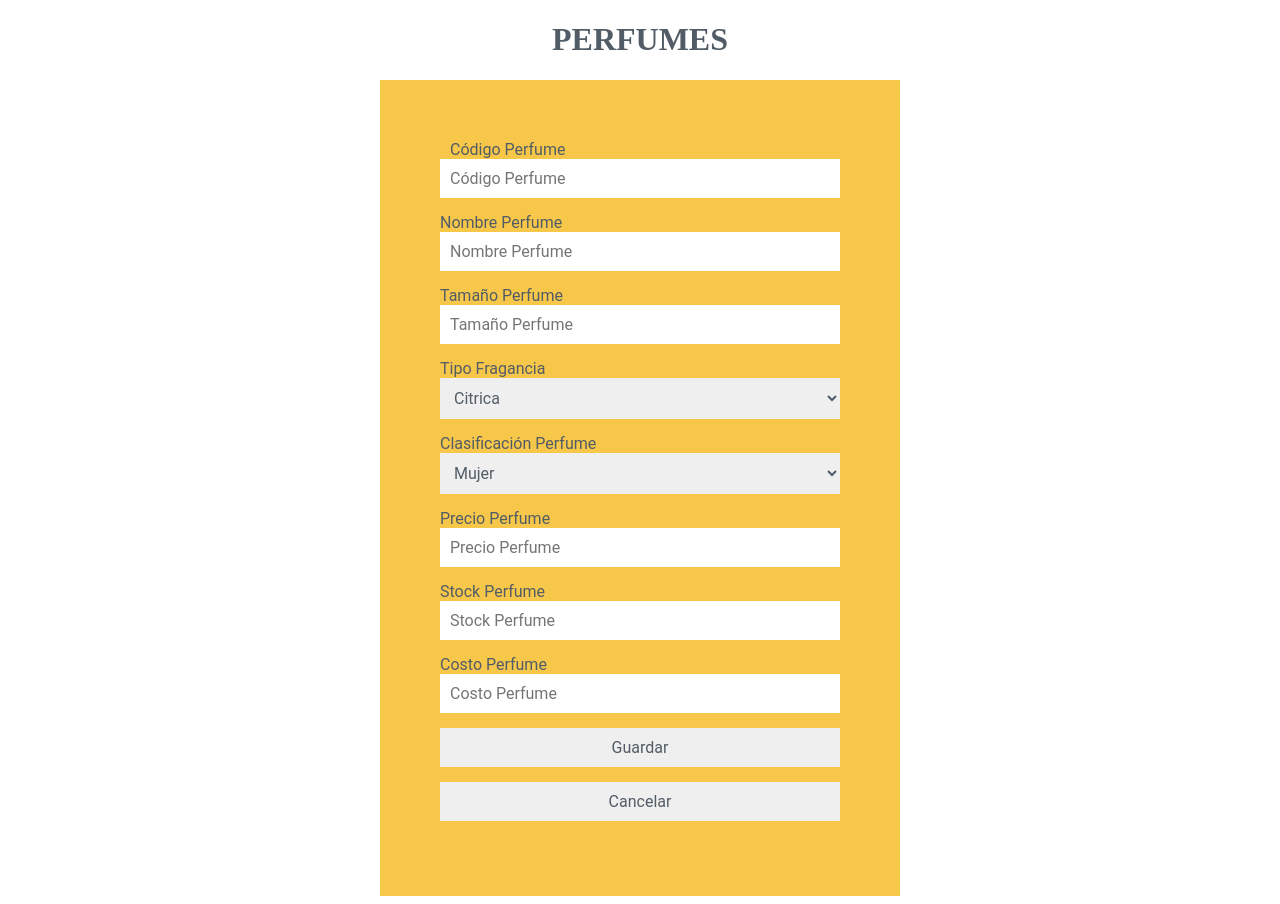
Repository: alejamorenovallejo/arosmile
Page: perfume.html
These files come from the project's save history. The page is drawn as it stood at one moment and after the next save; the edit follows.
The browser window is 1280 px wide. The pictures show the whole page.

Above is the page before, as saved 2021-09-12 02:21:16.
Not found: main.js

### perfume.html
<!DOCTYPE html>
<html>
  <head>
    <meta charset="utf-8" />
    <meta http-equiv="X-UA-Compatible" content="IE=edge" />
    <title>Perfumes</title>
    <meta name="viewport" content="width=device-width, initial-scale=1" />
    <link
      rel="stylesheet"
      type="text/css"
      media="screen"
      href="css/style.css"
    />
    <script src="main.js"></script>
  </head>
  <body>
    <header></header>
    <main>
        <h1>PERFUMES</h1>
        <form action="" method="POST">
          <label for="codigo_perfume">
            <span>Código Perfume</span>
            <input
              type="text"
              id="codigo_perfume"
              name="codigo_perfume"
              placeholder="Código Perfume"
            />
          </label>
          <label for="nombre_perfume">
            <span>Nombre Perfume</span>
            <input
              type="text"
              id="nombre_perfume"
              name="nombre_perfume"
              placeholder="Nombre Perfume"
            />
          </label>
          <label for="tamano_perfume">
            <span>Tamaño Perfume</span>
            <input
              type="number"
              id="tamano_perfume"
              name="tamano_perfume"
              placeholder="Tamaño Perfume"
            />
          </label>
          <label for="tipo_frangancia">
            <span>Tipo Fragancia</span>
            <select
              name="tipo_frangancia"
              id="tipo_frangancia"
              placeholder="Tipo Fragancia"
            >
              <option value="1">Citrica</option>
            </select>
          </label>
          <label for="clasificacion_perfume">
            <span>Clasificación Perfume</span>
            <select
              name="clasificacion_perfume"
              id="clasificacion_perfume"
              placeholder="Clasificación Perfume"
            >
              <option value="1">Mujer</option>
              <option value="2">Hombre</option>
              <option value="3">Infantil</option>
            </select>
          </label>
          <label for="precio_perfume">
            <span>Precio Perfume</span>
            <input
              type="number"
              id="precio_perfume"
              name="precio_perfume"
              placeholder="Precio Perfume"
            />
          </label>
          <label for="stock_perfume">
            <span>Stock Perfume</span>
            <input
              type="number"
              id="stock_perfume"
              name="stock_perfume"
              placeholder="Stock Perfume"
            />
          </label>
          <label for="costo_perfume">
            <span>Costo Perfume</span>
            <input
              type="number"
              id="costo_perfume"
              name="costo_perfume"
              placeholder="Costo Perfume"
            />
          </label>
          <input
            type="submit"
            id="guardar_perfume"
            name="guardar_perfume"
            value="Guardar"
          />
          <input
            type="button"
            id="cancelar_perfume"
            name="cancelar_perfume"
            value="Cancelar"
          />
        </form>
    </main>
  </body>
</html>

### css/style.css
form {
  padding: 60px;
  max-width: 400px;
  background-color: #F7C74A;
  margin: 0 auto;
}
form input, form select,form label{
    margin-bottom: 15px;
    font-family: "Roboto", sans-serif;
    width: 100%;
    padding: 10px;
    -webkit-box-sizing: border-box;
    box-sizing: border-box;
    border: none;
    color: #525c66;
    font-size: 1em;
    resize: horizontal;
}

h1 {
    text-align: center;
    color: #525c66;

}

After the next save:
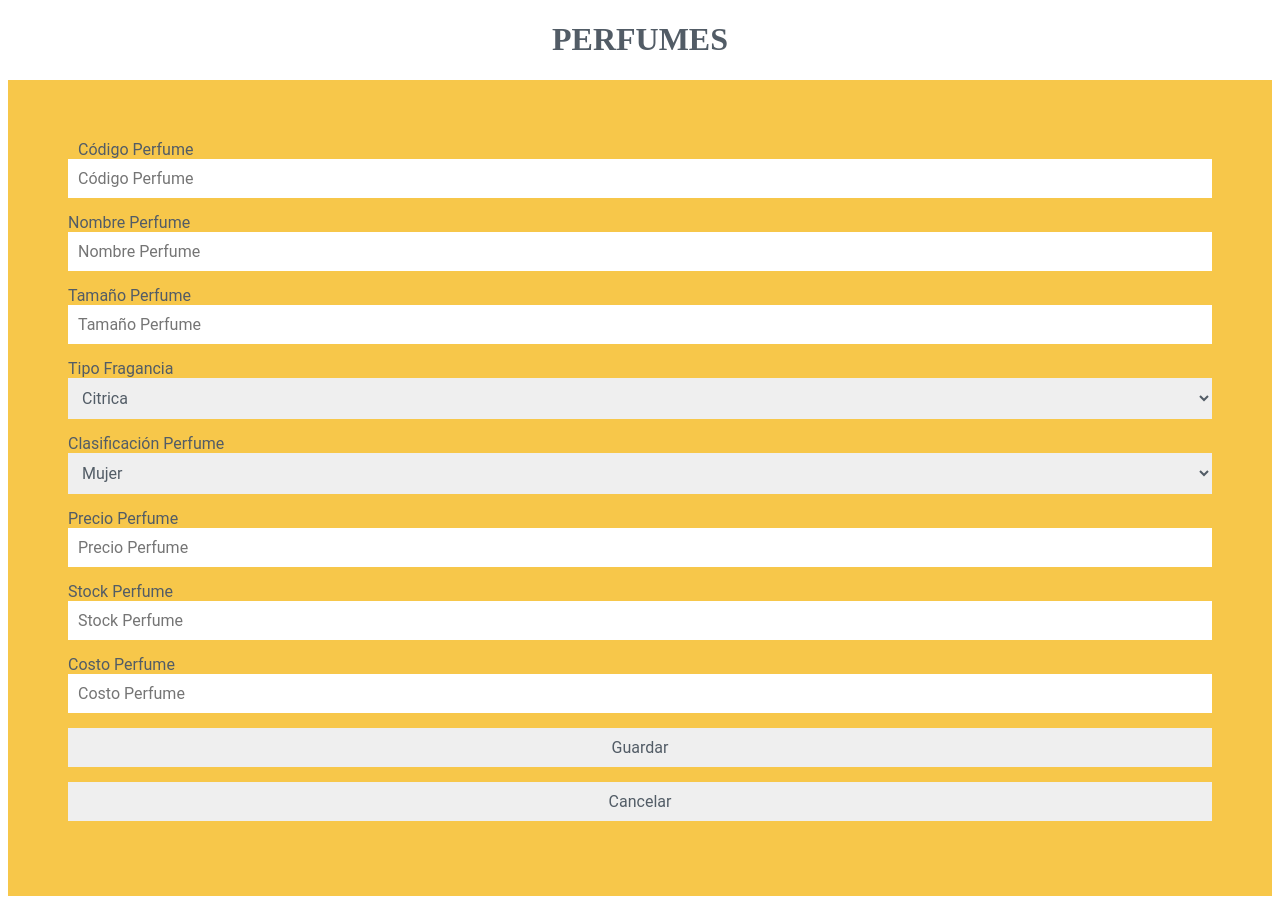
Saved 7 s later.
--- a/css/style.css
+++ b/css/style.css
@@ -1,6 +1,5 @@
 form {
   padding: 60px;
-  max-width: 400px;
   background-color: #F7C74A;
   margin: 0 auto;
 }
